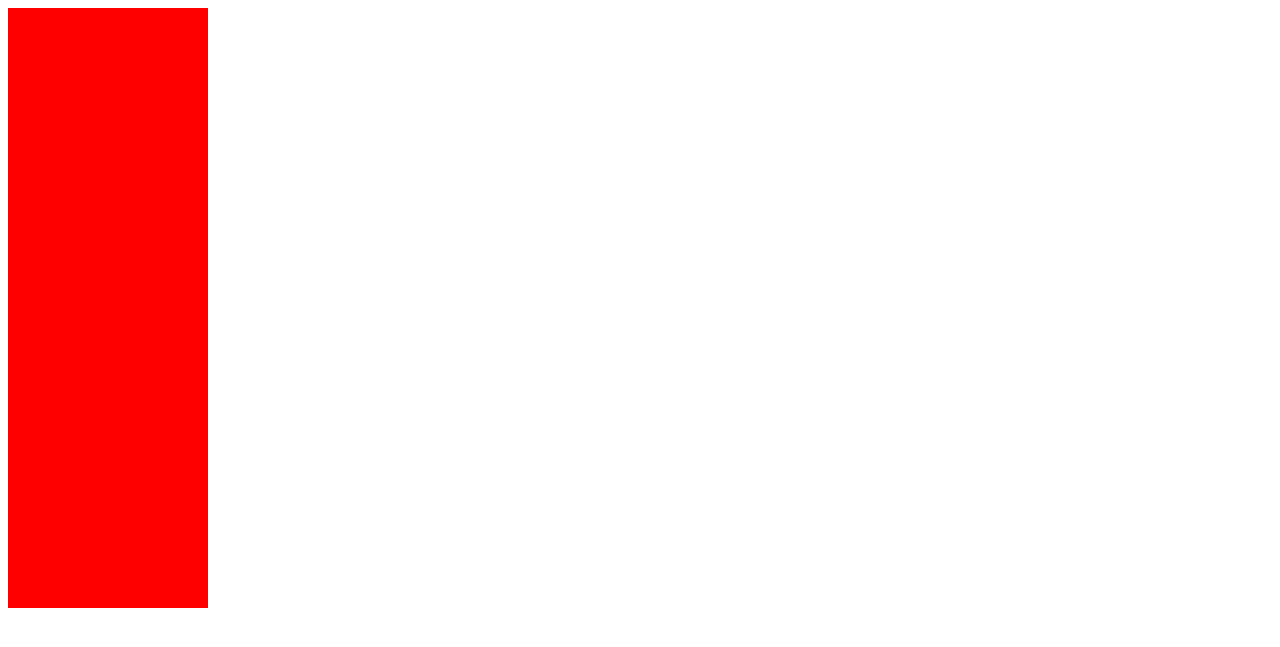
Repository: wonjunknag/kakao-clone
Page: 05-flex/index.html
The author's editor kept a copy of each file at every save. The page is drawn from the files as they stood at one save, then again after the next save.
The browser window is 1280 px wide. The pictures show the whole page.

Above is the page before, as saved 2020-07-05 07:35:02.

After the next save:
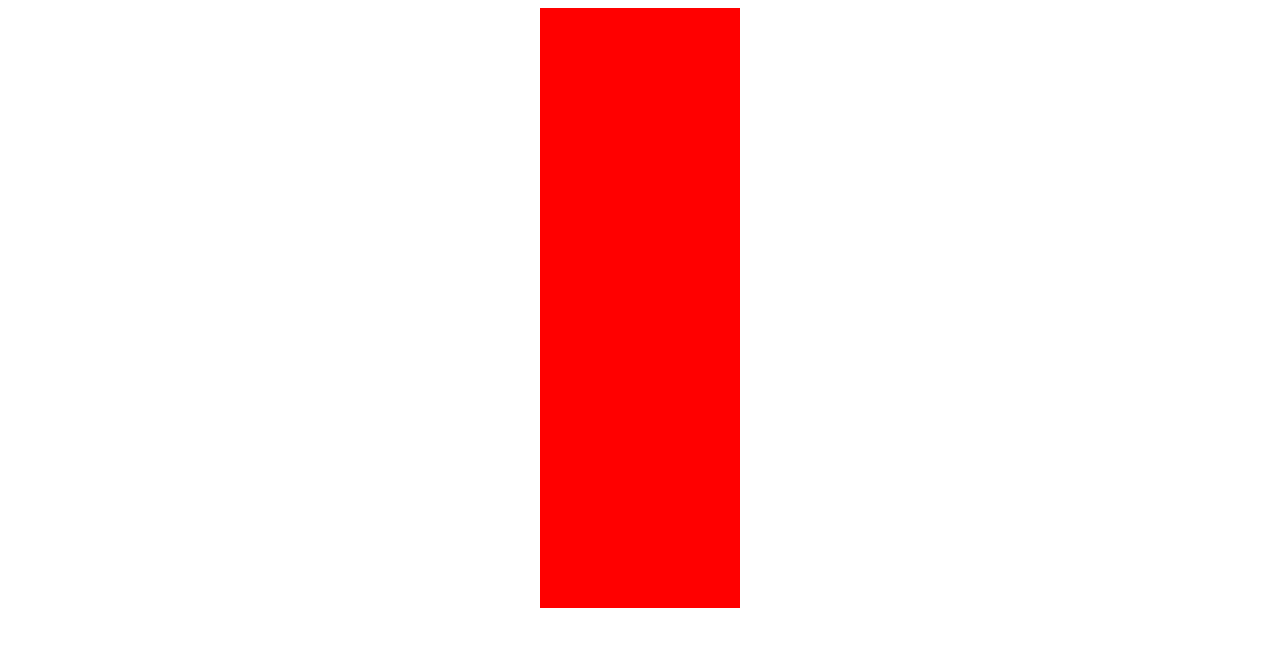
Saved 6 s later.
--- a/05-flex/index.html
+++ b/05-flex/index.html
@@ -9,7 +9,7 @@
       .father {
         display: flex;
         justify-content: center;
-        align-items: flex-start;
+        align-items: center;
         height: 100%;
         flex-direction: column;
       }
